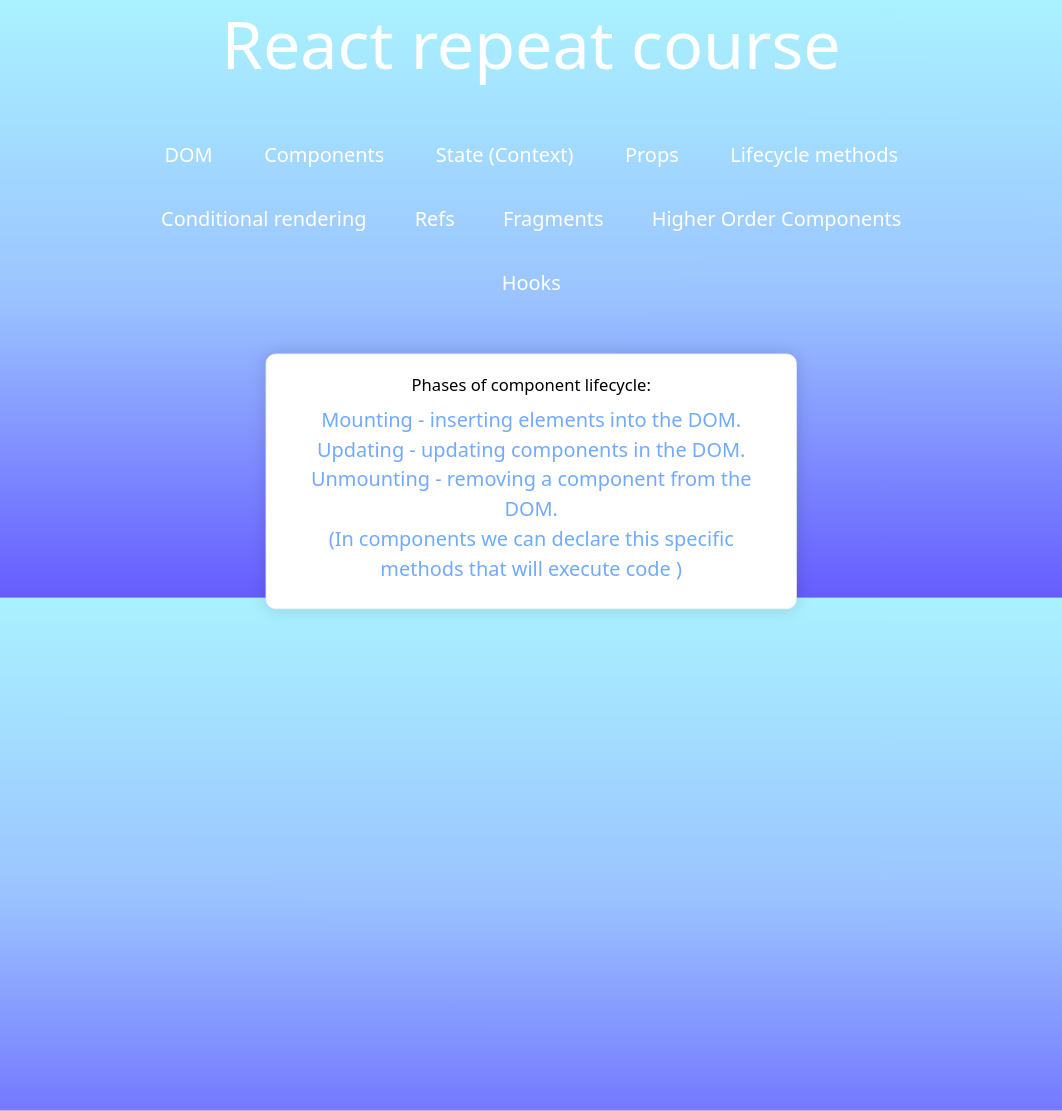
Repository: michalgornicki/github
Page: /#/Lifecycle
An editor plug-in stored every save of this project. The page is shown before and after the next save, followed by the edit.
The browser window is 1280 px wide. The pictures show the whole page, at 83% of full size.
Backgrounds fixed to the window are drawn as part of the page. The project was rebuilt for these pictures with package versions that can differ from the ones it lists, and the page was loaded fresh each time. Also part of the build but not shown: src/components/dom.jsx, src/components/components.jsx, src/components/state.jsx, src/components/props.jsx, src/components/conditional.jsx, src/components/refs.jsx, src/components/fragments.jsx, src/components/hoc.jsx and 1 more.

Above is the page before, as saved 2022-02-07 13:08:25.

### src/App.jsx
import React from "react";
import "./App.css";
import "bootstrap/dist/css/bootstrap.min.css";
import { Route, HashRouter as Router, Routes, Link } from "react-router-dom";
import DOM from "./components/dom.jsx";
import Components from "./components/components.jsx";
import State from "./components/state.jsx";
import Props from "./components/props.jsx";
import Lifecycle from "./components/lifecycle.jsx";
import Conditional from "./components/conditional.jsx";
import Refs from "./components/refs.jsx";
import Fragments from "./components/fragments.jsx";
import HOC from "./components/hoc.jsx";
import Hooks from "./components/hooks.jsx";

const App = () => {
  return (
    <Router>
      <div className="text-center">
        <div className="display-1 mt-1 mb-5 text-white">React repeat course</div>

        <div className="h4 d-flex w-75 m-auto my-5 justify-content-evenly flex-wrap text-white">
          <Link className="link-style m-3" to="/">
            DOM
          </Link>
          <Link className="link-style m-3" to="/Components">
            Components
          </Link>
          <Link className="link-style m-3" to="/State">
            State (Context)
          </Link>
          <Link className="link-style m-3" to="/Props">
            Props
          </Link>
          <Link className="link-style m-3" to="/Lifecycle">
            Lifecycle methods
          </Link>
          <Link className="link-style m-3" to="/Conditional">
            Conditional rendering
          </Link>
          <Link className="link-style m-3" to="/Refs">
            Refs
          </Link>
          <Link className="link-style m-3" to="/Fragments">
            Fragments
          </Link>
          <Link className="link-style m-3" to="/HOC">
            Higher Order Components
          </Link>
          <Link className="link-style m-3" to="/Hooks">
            Hooks
          </Link>
        </div>

        <Routes>
          <Route path="/" element={<DOM />} />
          <Route path="/Components" element={<Components />} />
          <Route path="/State" element={<State />} />
          <Route path="/Props" element={<Props />} />
          <Route path="/Lifecycle" element={<Lifecycle />} />
          <Route path="/Conditional" element={<Conditional />} />
          <Route path="/Refs" element={<Refs />} />
          <Route path="/Fragments" element={<Fragments />} />
          <Route path="/HOC" element={<HOC />} />
          <Route path="/Hooks" element={<Hooks />} />
        </Routes>
      </div>
    </Router>
  );
};

export default App;

### src/App.css
@import url('https://fonts.googleapis.com/css2?family=Catamaran:wght@400&display=swap');

body{
    font-family: 'Catamaran', sans-serif;
    overflow-x: hidden;
    padding-bottom: 80vh;
    height: auto;
    background: linear-gradient(rgb(170, 242, 255), rgb(155, 195, 255), rgb(102, 92, 255));
    background-attachment: fixed;
}

.js-item{
    color:rgb(0, 0, 0);
    font-size: 1.25rem;
    background-color: white;
    transition: 0.2s;
    padding: 3vh;
    margin-bottom: 4vh!important;
    border: 1px solid rgb(240, 240, 240);
    width: 50%;
    margin-left: auto;
    margin-right: auto;
    box-shadow: 0px 0px 20px rgba(0, 0, 0, 0.15);
    border-radius: 0.75rem;
}

.js-item:hover{
    cursor: pointer;
    background-color: rgb(240, 240, 240);
}

.text-color{
    margin: auto;
    padding: 0.5rem;
    width: fit-content;
    color:rgb(113, 170, 255)!important;
    font-size: 1.5rem;
    border-radius: 1rem;
}

.link-style{
    color: inherit;
    text-decoration: inherit;
    padding: 0.5rem;
    border-radius: 0.5rem;
}

.link-style:hover{
    color: rgb(113, 170, 255);
    text-decoration: inherit;
}

@media only screen and (max-device-width: 600px), (max-width: 600px) {

    .js-item{
        width: 95%;
    }

}

### src/components/lifecycle.jsx
const Lifecycle = () => {
  return (
    <div className="">
      <div className="js-item">
        {" "}
        <div className="">Phases of component lifecycle: </div>
        <div className="text-color">
          {`Mounting - inserting elements into the DOM.`} <br />
          {`Updating - updating components in the DOM.`} <br />
          {`Unmounting - removing a component from the DOM.`}{" "} <br />
          (In components we can declare this specific methods that will execute code )
        </div>{" "}

      </div>
    </div>
  );
};

export default Lifecycle;

Loaded but not shown: public/index.html (common file); src/index.js (common file); src/index.css (common file); src/reportWebVitals.js (common file)

After the next save:
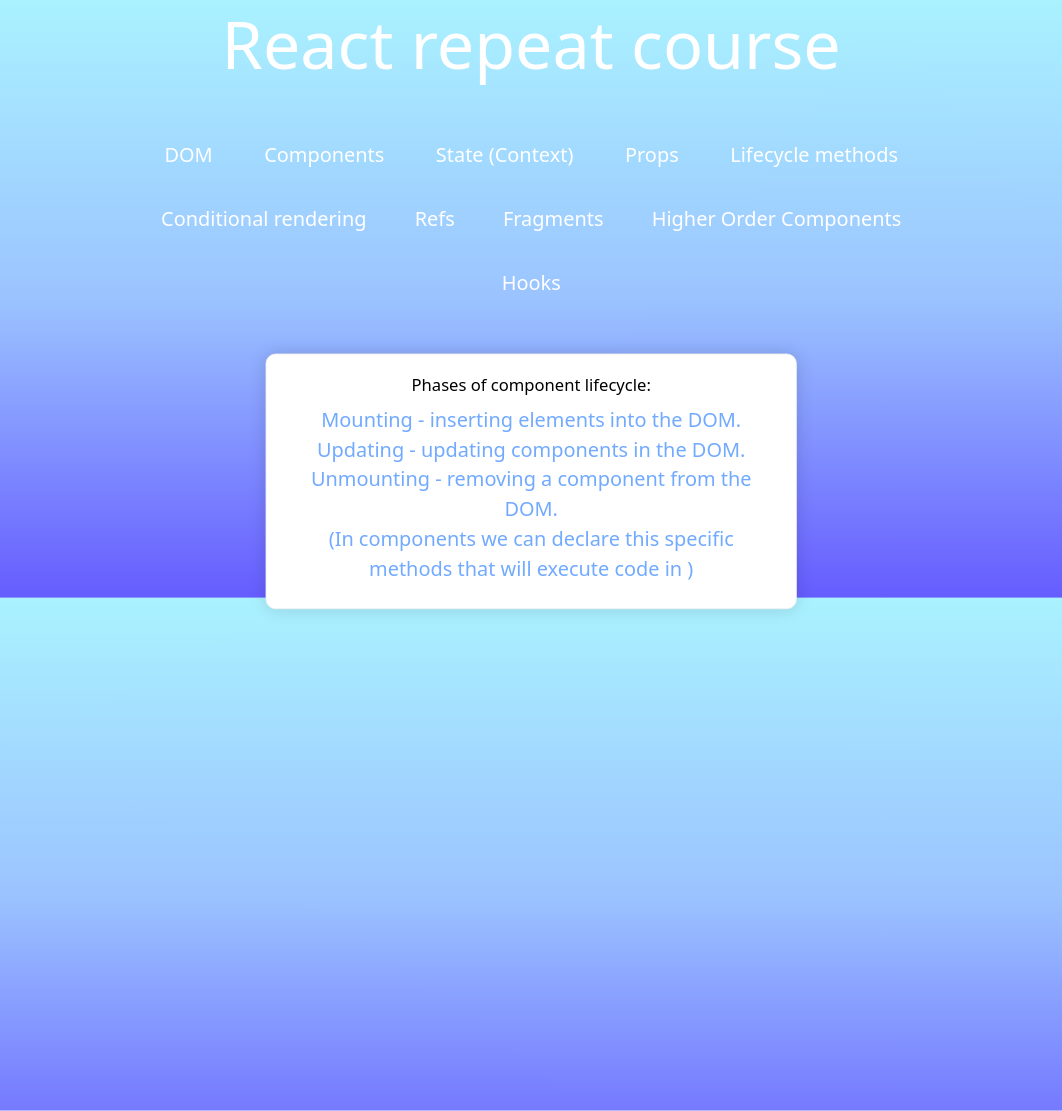
Saved 14 s later.
--- a/src/components/lifecycle.jsx
+++ b/src/components/lifecycle.jsx
@@ -8,7 +8,7 @@
           {`Mounting - inserting elements into the DOM.`} <br />
           {`Updating - updating components in the DOM.`} <br />
           {`Unmounting - removing a component from the DOM.`}{" "} <br />
-          (In components we can declare this specific methods that will execute code )
+          (In components we can declare this specific methods that will execute code in )
         </div>{" "}
 
       </div>
